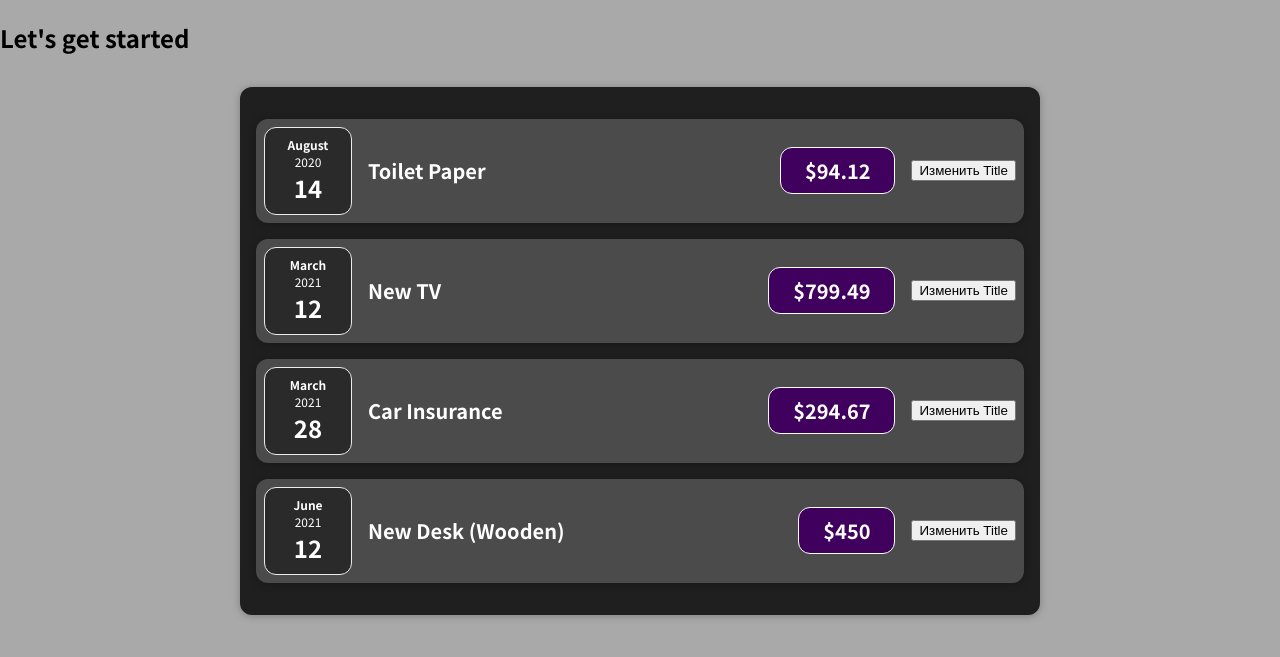
Repository: otvertka/MSC
Page: /
An editor plug-in stored every save of this project. The page is shown before and after the next save, followed by the edit.
The browser window is 1280 px wide. The pictures show the whole page.
The project was rebuilt for these pictures with package versions that can differ from the ones it lists, and the page was loaded fresh each time. Also part of the build but not shown: src/App.js.

Above is the page before, as saved 2023-06-20 13:21:24.

### src/index.css
@import url("https://fonts.googleapis.com/css2?family=Noto+Sans+JP:wght@400;700&display=swap");

* {
  box-sizing: border-box;
}

html {
  font-family: "Noto Sans JP", sans-serif;
}

body {
  margin: 0;
  background-color: #aaa9a9;
}

### src/components/Expenses/Expenses.js
import React from "react";
import ExpenseItem from "./ExpenseItem";

import "./Expenses.css";
import Card from "../UI/Card";

const Expenses = (props) => {
  return (
    <Card className="expenses">
      <ExpenseItem
        title={props.items[0].title}
        amount={props.items[0].amount}
        date={props.items[0].date}
      />
      <ExpenseItem
        title={props.items[1].title}
        amount={props.items[1].amount}
        date={props.items[1].date}
      />
      <ExpenseItem
        title={props.items[2].title}
        amount={props.items[2].amount}
        date={props.items[2].date}
      />
      <ExpenseItem
        title={props.items[3].title}
        amount={props.items[3].amount}
        date={props.items[3].date}
      />
    </Card>
  );
};

export default Expenses;

### src/components/Expenses/ExpenseItem.js
import React from "react";
import Card from "../UI/Card";
import ExpenseDate from "./ExpenseDate";
import "./ExpenseItem.css";

const ExpenseItem = (props) => {
  let title = props.title;
  const clickHandler = () => {
    title = "Updated";
    console.log(title);
  };
  return (
    //
    <Card className="expense-item">
      <ExpenseDate date={props.date} />
      <div className="expense-item__description">
        <h2>{props.title}</h2>
        <div className="expense-item__price">${props.amount}</div>
        <button onClick={clickHandler}>Изменить Title</button>
      </div>
    </Card>
  );
};

export default ExpenseItem;

### src/components/Expenses/ExpenseItem.css
.expense-item {
  display: flex;
  justify-content: space-between;
  align-items: center;
  padding: 0.5rem;
  margin: 1rem 0;
  background-color: #4b4b4b;
}

.expense-item__description {
  display: flex;
  flex-direction: column;
  gap: 1rem;
  align-items: flex-end;
  flex-flow: column-reverse;
  justify-content: flex-start;
  flex: 1;
}

.expense-item h2 {
  color: #3a3a3a;
  font-size: 1rem;
  flex: 1;
  margin: 0 1rem;
  color: white;
}

.expense-item__price {
  font-size: 1rem;
  font-weight: bold;
  color: white;
  background-color: #40005d;
  border: 1px solid white;
  padding: 0.5rem;
  border-radius: 12px;
}

@media (min-width: 580px) {
  .expense-item__description {
    flex-direction: row;
    align-items: center;
    justify-content: flex-start;
    flex: 1;
  }

  .expense-item__description h2 {
    font-size: 1.25rem;
  }

  .expense-item__price {
    font-size: 1.25rem;
    padding: 0.5rem 1.5rem;
  }
}

Loaded but not shown: public/index.html (common file); src/index.js (common file); src/components/Expenses/Expenses.css (common file); src/components/UI/Card.js (common file); src/components/Expenses/ExpenseDate.js (common file); src/components/UI/Card.css (common file); src/components/Expenses/ExpenseDate.css (common file)

After the next save:
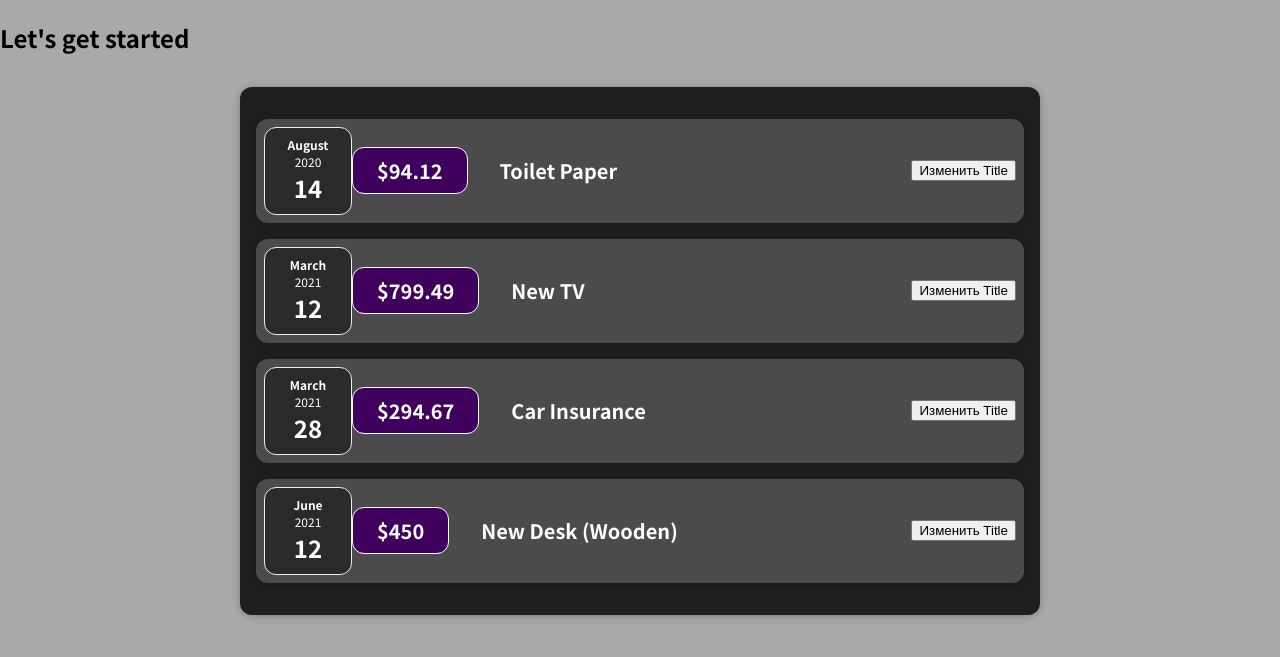
Saved 72 s later.
--- a/src/components/Expenses/ExpenseItem.js
+++ b/src/components/Expenses/ExpenseItem.js
@@ -14,8 +14,8 @@ const ExpenseItem = (props) => {
     <Card className="expense-item">
       <ExpenseDate date={props.date} />
       <div className="expense-item__description">
+        <div className="expense-item__price">${props.amount}</div>
         <h2>{props.title}</h2>
-        <div className="expense-item__price">${props.amount}</div>
         <button onClick={clickHandler}>Изменить Title</button>
       </div>
     </Card>
